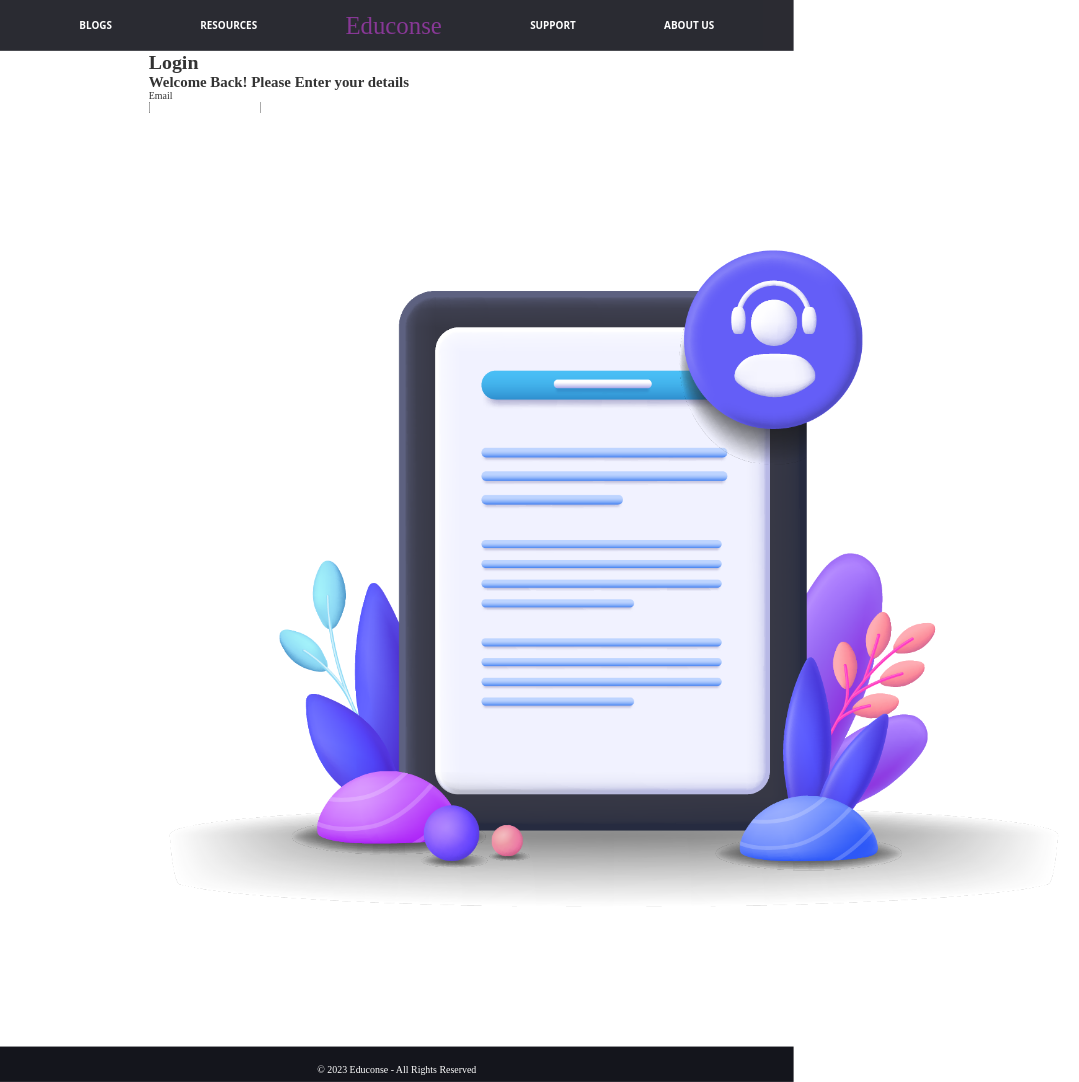
Repository: devajay07/educonse
Page: pages/login.html
The author's editor kept a copy of each file at every save. The page is drawn from the files as they stood at one save, then again after the next save.
The browser window is 1280 px wide. The page is 1740 px wide, then 1280 px, so the pictures cover 1740 px, including what lies to the right of the window. The pictures show the whole page, at 62% of full size.

Above is the page before, as saved 2023-10-15 01:43:05.

### pages/login.html
<!DOCTYPE html>
<html lang="en">

<head>
  <meta charset="UTF-8" />
  <meta name="viewport" content="width=device-width, initial-scale=1.0" />
  <title>Document</title>

  <script src="https://code.jquery.com/jquery-3.7.0.js"></script>
  <link rel="stylesheet" href="/css/header.css" />
  <link rel="stylesheet" href="/css/login.css" />
</head>

<body>
  <header id="header"></header>
  <main>
    <div class="login-panel">
      <div class="left-section">
        <div class="top">
          <h1 class="heading">Login</h1>
          <h2>Welcome Back! Please Enter your details</h2></div>
        <div class="email">
          <label for="email-input">Email</label>
          <div class="email-field">
            <input type="email" name="email-input" id="email-input" />
          </div>
        </div>
      </div>
      <div class="right-section">

        <img src="/images/login1.png" alt="Login Image" id="login-img">
      </div>
    </div>
  </main>
  <footer>
    <div class="footer-2">&copy; 2023 Educonse - All Rights Reserved</div>
  </footer>
  <script>
    $(document).ready(function () {
      $("#header").load("/pages/header.html");
    });
  </script>
</body>

</html>

### css/header.css
@import url("https://cdnjs.cloudflare.com/ajax/libs/font-awesome/6.4.2/css/all.min.css");
* {
  padding: 0;
  margin: 0;
  box-sizing: border-box;
}
@font-face {
  font-family: "brand-bold";
  src: url("/fonts/brand-bold.otf") format("opentype");
  font-weight: normal;
  font-style: normal;
}
@font-face {
  font-family: "brand-reg";
  src: url("/fonts/brand-regular.otf") format("opentype");
  font-weight: normal;
  font-style: normal;
}

:root {
  --brand-color: hsla(291, 60%, 34%, 1);
  --hookers-green: hsla(174, 17%, 46%, 1);
  --white: hsla(0, 0%, 100%, 1);
  --poppy: hsla(356, 74%, 52%, 1);
  --black: hsla(60, 1%, 14%, 1);
  --beige: #f5f5dc;

  --brand-bold: "brand-bold", sans-serif;
  --brand-reg: "brand-reg", sans-serif;
  --universal-margin: 1rem 8rem;
  --section-margin: 1rem;
  --footer-bg: rgb(20, 21, 28);
}

body {
  background-color: white;
  color: #333; /* A light version of black */
}

.nav-container {
  display: flex;
  align-items: center;
  justify-content: space-between;
  width: 100%;
  margin: var(--universal-margin);
  height: 50px;
}
.nav-container .nav-item {
  font-family: system-ui, -apple-system, BlinkMacSystemFont, "Segoe UI", Roboto,
    Oxygen, Ubuntu, Cantarell, "Open Sans", "Helvetica Neue", sans-serif;
  color: var(--white);
  font-weight: bolder;
}

nav {
  display: flex;
  justify-content: space-between;
  align-items: center;
  background-color: var(--footer-bg);
  opacity: 0.9;
  color: white;
}

nav .brand {
  font-size: 40px;
  color: var(--brand-color);
  font-family: var(--brand-font);
}

nav a {
  text-decoration: none;
  color: white;
}

footer {
  display: flex;
  flex-direction: column;
}
.footer-1 {
  display: flex;
  justify-content: space-evenly;
}
.footer-1 .customer-service > div {
  padding: 0.2rem;
}
.footer-1 h1 {
  font-size: 1.2rem;
  font-family: var(--brand-font);
  margin-bottom: 0.5rem;
}
.footer-1 p {
  font-size: 0.8rem;
  opacity: 0.6;
  color: #f0e8e8;
  padding: 0.3rem;
  font-family: var(--brand-reg);
}
.footer-1 .heading{
  padding-bottom: 1rem;
  font-family: var(--brand-bold);
}


.footer-1 span {
  font-size: 0.8rem;
  margin: 0.4rem;
}

.footer-1 a {
  color: #f0f0ea;
  text-decoration: none;
}
.footer-1 .reach-us {
  display: flex;
  align-items: center;
  flex-direction: column;
}

.reach-us iframe{
  border-radius: 8px;
}

.footer-2{
  padding-top: 1.2rem;
}

.text {
  color: white;
  font-size: 20px;
  position: absolute;
  top: 50%;
  left: 50%;
  transform: translate(-50%, -50%);
  -ms-transform: translate(-50%, -50%);
  white-space: nowrap;
}

@charset "UTF-8";

.svg-inline--fa {
  vertical-align: -0.2em;
}

.rounded-social-buttons {
  text-align: center;
}

.rounded-social-buttons .social-button {
  display: inline-block;
  position: relative;
  cursor: pointer;
  width: 3.125rem;
  height: 3.125rem;
  border: 0.125rem solid transparent;
  padding: 0;
  text-decoration: none;
  text-align: center;
  color: #fefefe;
  font-size: 1.5625rem;
  font-weight: normal;
  line-height: 2em;
  border-radius: 1.6875rem;
  transition: all 0.5s ease;
  margin-right: 0.25rem;
  margin-bottom: 0.25rem;
}

.rounded-social-buttons .social-button:hover,
.rounded-social-buttons .social-button:focus {
  -webkit-transform: rotate(360deg);
  -ms-transform: rotate(360deg);
  transform: rotate(360deg);
}

.rounded-social-buttons .fa-twitter,
.fa-facebook-f,
.fa-linkedin,
.fa-youtube,
.fa-instagram {
  font-size: 25px;
}

.rounded-social-buttons .social-button.facebook {
  background: #3b5998;
}

.rounded-social-buttons .social-button.facebook:hover,
.rounded-social-buttons .social-button.facebook:focus {
  color: #3b5998;
  background: #fefefe;
  border-color: #3b5998;
}

.rounded-social-buttons .social-button.twitter {
  background: #55acee;
}

.rounded-social-buttons .social-button.twitter:hover,
.rounded-social-buttons .social-button.twitter:focus {
  color: #55acee;
  background: #fefefe;
  border-color: #55acee;
}

.rounded-social-buttons .social-button.linkedin {
  background: #007bb5;
}

.rounded-social-buttons .social-button.linkedin:hover,
.rounded-social-buttons .social-button.linkedin:focus {
  color: #007bb5;
  background: #fefefe;
  border-color: #007bb5;
}

.rounded-social-buttons .social-button.youtube {
  background: #bb0000;
}

.rounded-social-buttons .social-button.youtube:hover,
.rounded-social-buttons .social-button.youtube:focus {
  color: #bb0000;
  background: #fefefe;
  border-color: #bb0000;
}

.rounded-social-buttons .social-button.instagram {
  background: #125688;
}

.rounded-social-buttons .social-button.instagram:hover,
.rounded-social-buttons .social-button.instagram:focus {
  color: #125688;
  background: #fefefe;
  border-color: #125688;
}

footer {
  background-color: var(--footer-bg);
  color: white;
  text-align: center;
  padding: 10px 0;
}

### css/login.css
* {
  padding: 0;
  margin: 0;
  box-sizing: border-box;
}
@font-face {
  font-family: "brand-bold";
  src: url("/fonts/brand-bold.otf") format("opentype");
  font-weight: normal;
  font-style: normal;
}
@font-face {
  font-family: "brand-reg";
  src: url("/fonts/brand-regular.otf") format("opentype");
  font-weight: normal;
  font-style: normal;
}

:root {
  --brand-color: hsla(291, 60%, 34%, 1);
  --hookers-green: hsla(174, 17%, 46%, 1);
  --white: hsla(0, 0%, 100%, 1);
  --poppy: hsla(356, 74%, 52%, 1);
  --black: hsla(60, 1%, 14%, 1);
  --beige: #f5f5dc;

  --brand-bold: "brand-bold", sans-serif;
  --brand-reg: "brand-reg", sans-serif;
  --universal-margin: 1rem 8rem;
  --section-margin: 1rem;
  --footer-bg: rgb(20, 21, 28);
}

main {
  display: flex;
  justify-content: center;
  background-color: var(--white);
}

.right-section{
  width: 800px;
}

### pages/header.html
<nav>
  <div class="nav-container">
    <div class="nav-item">BLOGS</div>
    <div class="nav-item">RESOURCES</div>
    <div class="brand">Educonse</div>
    <div class="nav-item">SUPPORT</div>
    <div class="nav-item">ABOUT US</div>
  </div>
</nav>

After the next save:
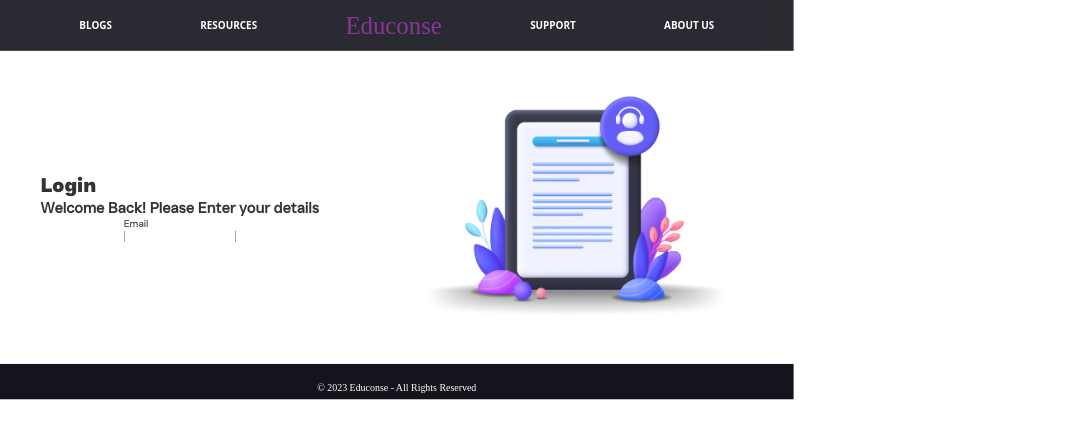
Saved 7 s later.
--- a/css/login.css
+++ b/css/login.css
@@ -31,12 +31,33 @@
   --footer-bg: rgb(20, 21, 28);
 }
 
-main {
+main .login-panel{
   display: flex;
   justify-content: center;
   background-color: var(--white);
+  font-family: var(--brand-reg);
 }
 
-.right-section{
+.left-section{
   width: 800px;
+  display: flex;
+  flex-direction: column;
+  justify-content: center;
+  align-items:center;
+  font-family: var(--brand-reg );
+
 }
+
+.top{
+
+}
+
+.heading{
+  font-family: var(--brand-bold);
+}
+
+#login-img{
+  width: 700px;
+  height:500px;
+  object-fit: contain;
+}
